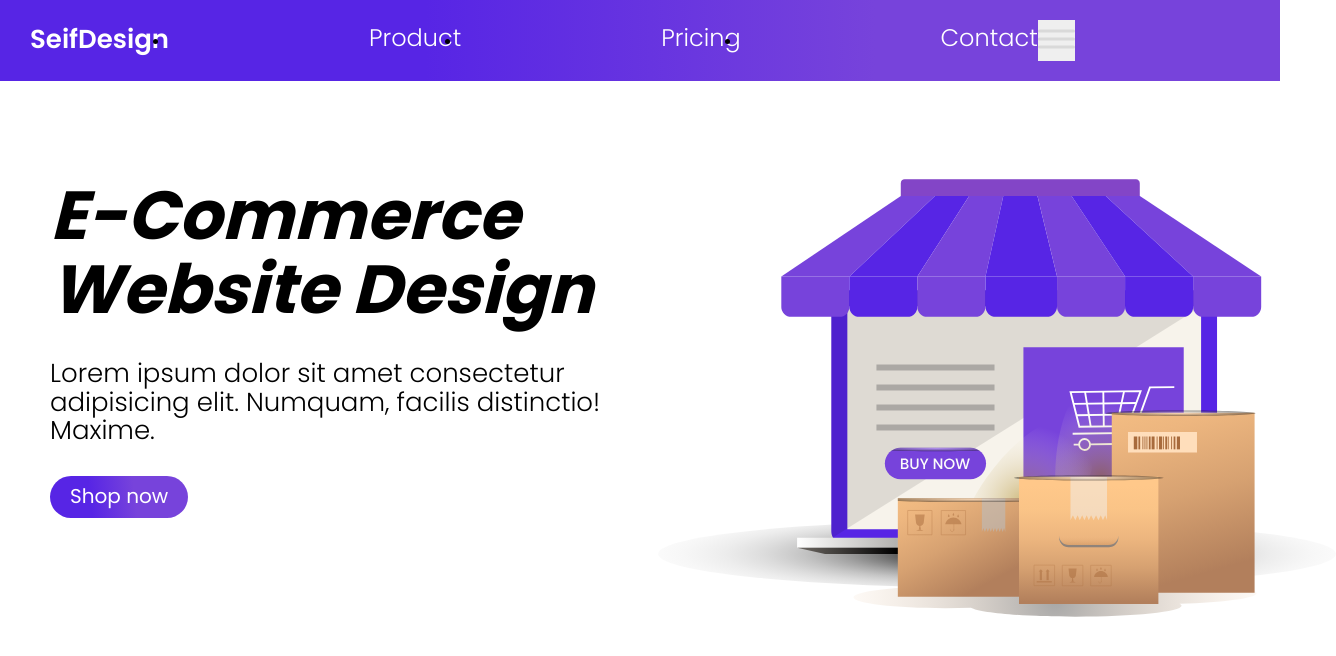
Repository: MehdiKerimov/figma-task-19
Page: pages/homePage/index.html
An editor plug-in stored every save of this project. The page is shown before and after the next save, followed by the edit.
The browser window is 1280 px wide. The page is 1336 px wide, so the pictures cover 1336 px, including what lies to the right of the window. The pictures show the whole page.
The style sheet was rebuilt from its Sass, Less or Tailwind sources for each picture, by a compiler version that may differ from the author's.

Above is the page before, as saved 2024-01-20 15:34:48.

After the next save:
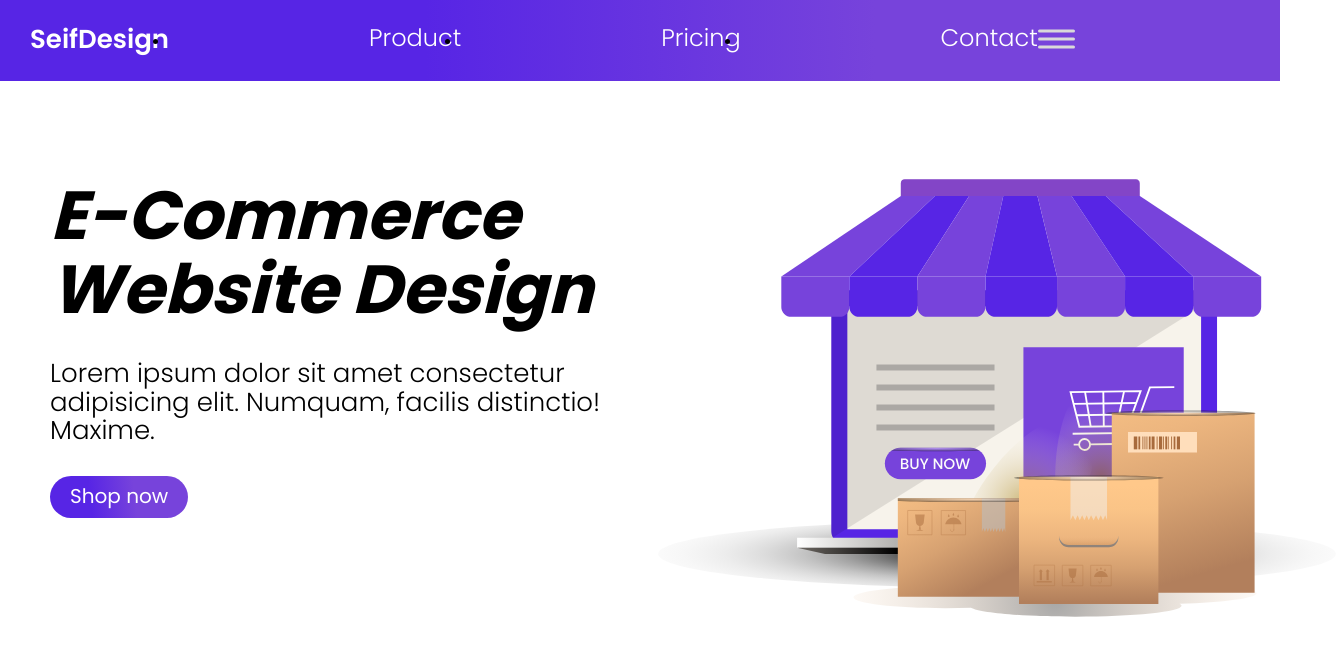
Saved 23 s later.
--- a/assets/css/reset.css
+++ b/assets/css/reset.css
@@ -6,6 +6,7 @@
 
 button{
     border: none;
+    background: none;
 }
 a{
     text-decoration: none;
